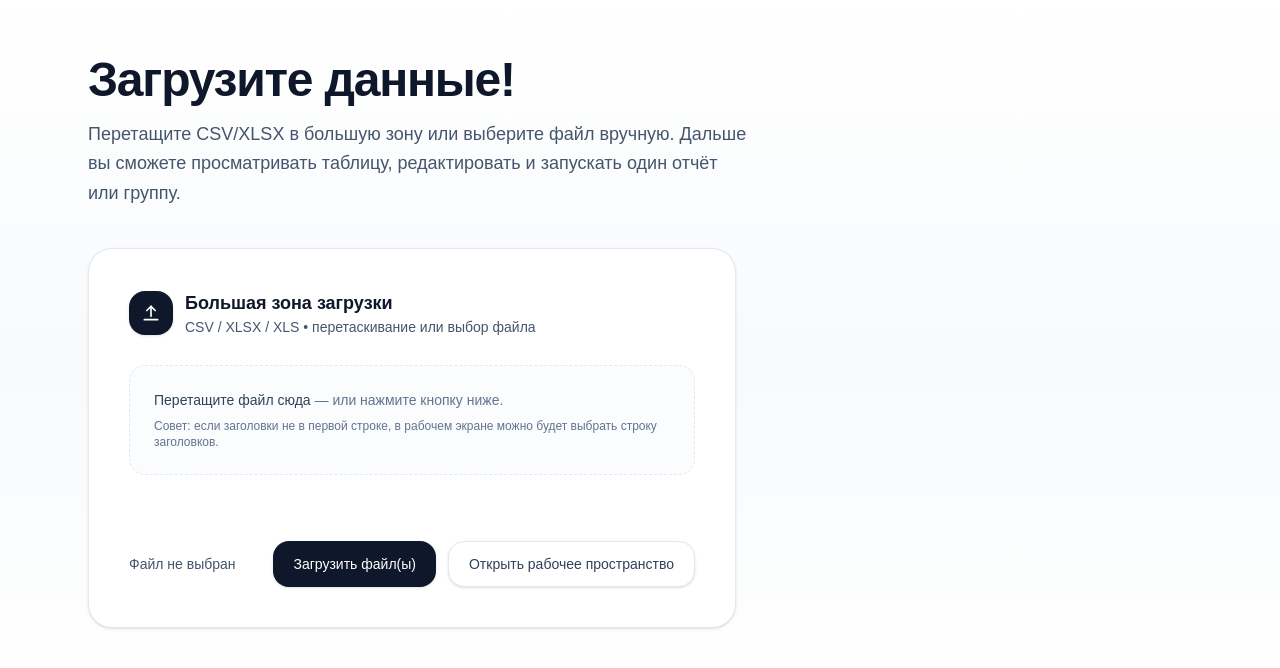
Repository: vladzap2423/report_studio_v2
Page: /
An editor plug-in stored every save of this project. The page is shown before and after the next save, followed by the edit.
The browser window is 1280 px wide. The pictures show the whole page.
The project was rebuilt for these pictures with package versions that can differ from the ones it lists, and the page was loaded fresh each time. The framework's server and built-in components were replaced by stand-ins that run in the browser. Also part of the build but not shown: next.config.ts.

Above is the page before, as saved 2026-02-11 14:49:37.

After the next save:
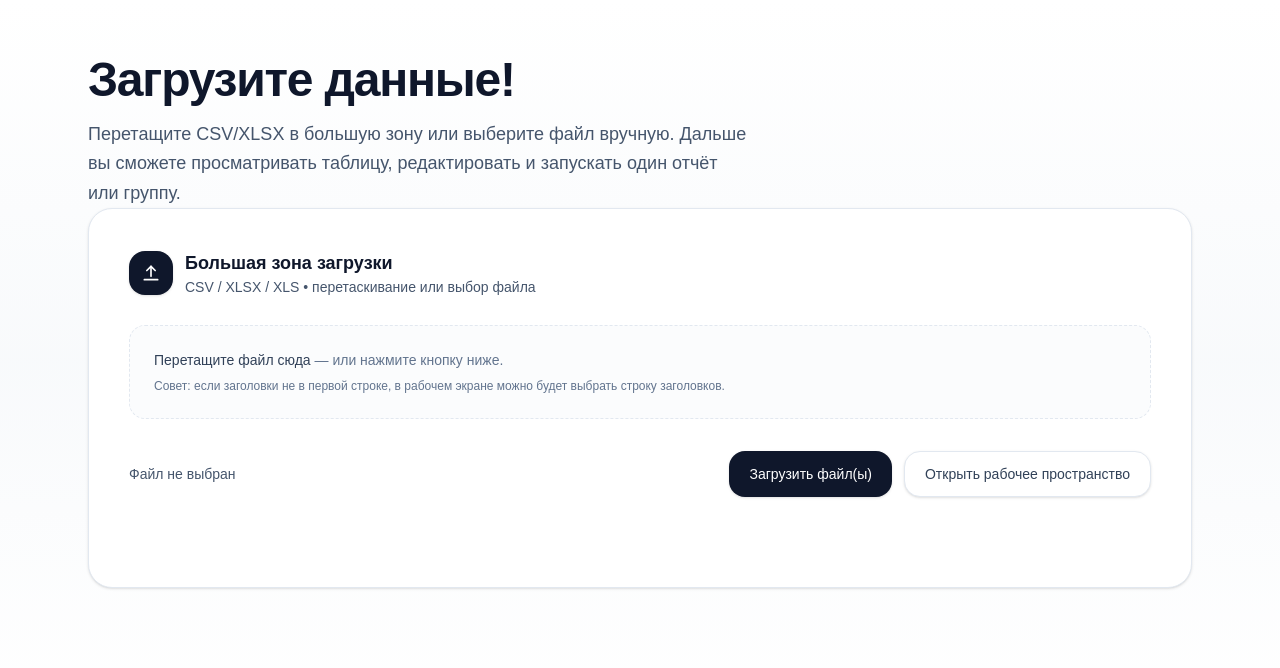
Saved 2 min 45 s later.
--- a/src/app/page.tsx
+++ b/src/app/page.tsx
@@ -123,7 +123,6 @@ export default function HomePage() {
           </p>
         </header>
 
-        <section className="mt-10 grid gap-6 lg:grid-cols-[1.2fr_.8fr]">
           {/* Dropzone */}
           <div
             onDragEnter={(e) => {
@@ -253,7 +252,6 @@ export default function HomePage() {
               </div>
             </div>
           </div>
-        </section>
       </div>
     </main>
   );
